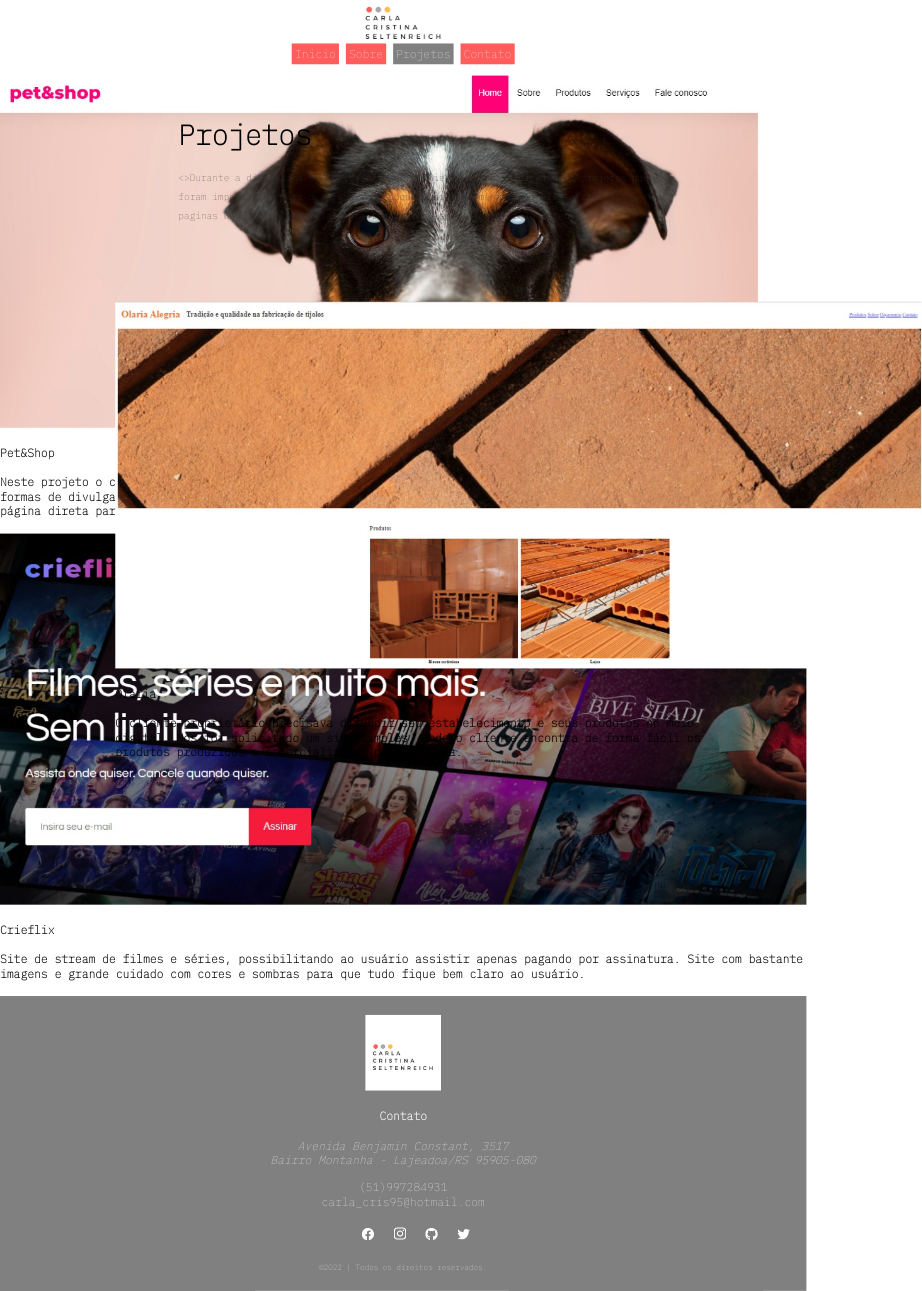
Repository: carla-seltenreich/portfolio
Page: project.html
The author's editor kept a copy of each file at every save. The page is drawn from the files as they stood at one save, then again after the next save.
The browser window is 1280 px wide. The page is 1463 px wide, then 1280 px, so the pictures cover 1463 px, including what lies to the right of the window. The pictures show the whole page, at 63% of full size.

Above is the page before, as saved 2022-05-26 05:08:34.

After the next save:
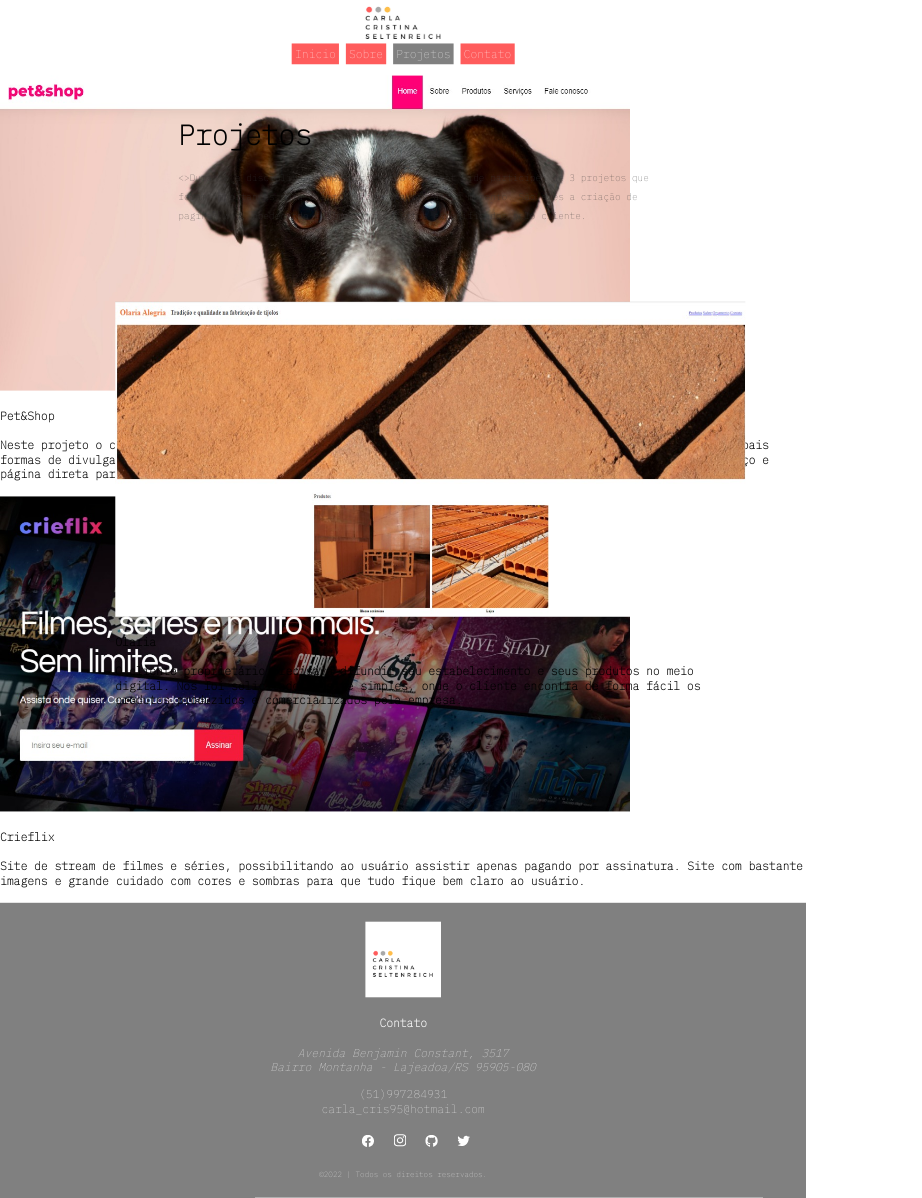
Saved 68 s later.
--- a/style.css
+++ b/style.css
@@ -133,7 +133,13 @@
     color: #363636;
 }
 
-.photo-project {}
+.photo-project {
+    Width: 1000px;
+Height: 500px;
+Top: 479px;
+Left: 183px;
+Radius: 8px;
+}
 
 .project-one {
     position: absolute;
